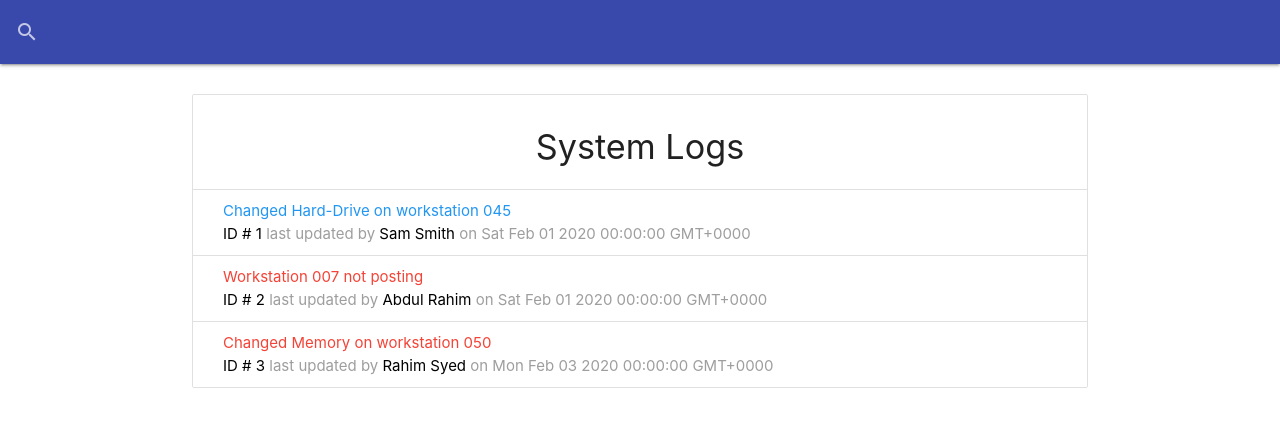
Repository: syedabdulrahim/IT_Logger
Page: /
The author's editor kept a copy of each file at every save. The page is drawn from the files as they stood at one save, then again after the next save.
The browser window is 1280 px wide. The pictures show the whole page.
The project was rebuilt for these pictures with package versions that can differ from the ones it lists, and the page was loaded fresh each time. Requests to the local data server were answered from the project's data file. Also part of the build but not shown: src/App.css.

Above is the page before, as saved 2020-10-30 00:05:29.

After the next save:
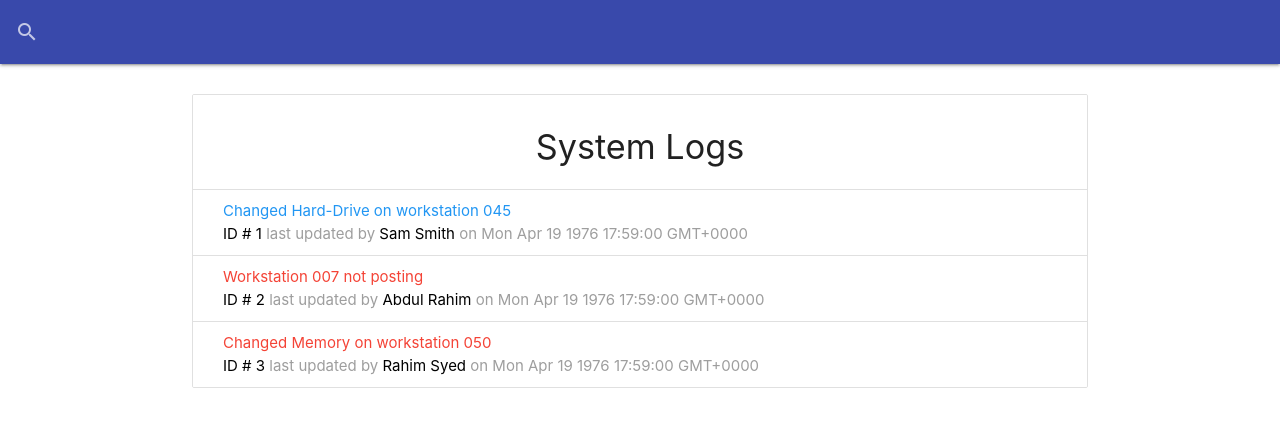
Saved 76 s later.
--- a/src/components/logs/LogItem.js
+++ b/src/components/logs/LogItem.js
@@ -4,6 +4,8 @@
 // import Moment from 'react-moment';
 
 const LogItem = ({log}) => {
+    const dateToFormat = new Date('1976-04-19T12:59-0500');
+
     return (
 
             <li className="collection-item">
@@ -17,7 +19,7 @@
                             <span className="black-text">ID # {log.id}</span>
                                {' '} {'last updated by'}
                             <span className="black-text">{' '}{log.tech}</span>{' '}
-                            on{' '} <Moment>{log.date}</Moment>
+                            on{' '} <Moment>{dateToFormat}</Moment>
                     </span>
                 </div>
             </li>

After the save that followed:
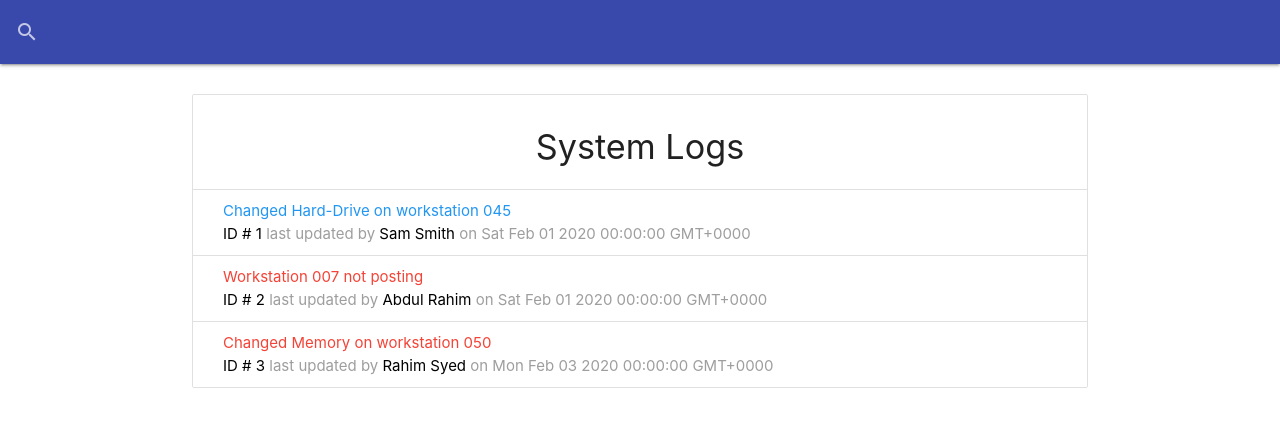
Saved 20 s later.
--- a/src/components/logs/LogItem.js
+++ b/src/components/logs/LogItem.js
@@ -4,7 +4,7 @@
 // import Moment from 'react-moment';
 
 const LogItem = ({log}) => {
-    const dateToFormat = new Date('1976-04-19T12:59-0500');
+    const dateToFormat = new Date(log.date);
 
     return (
 
